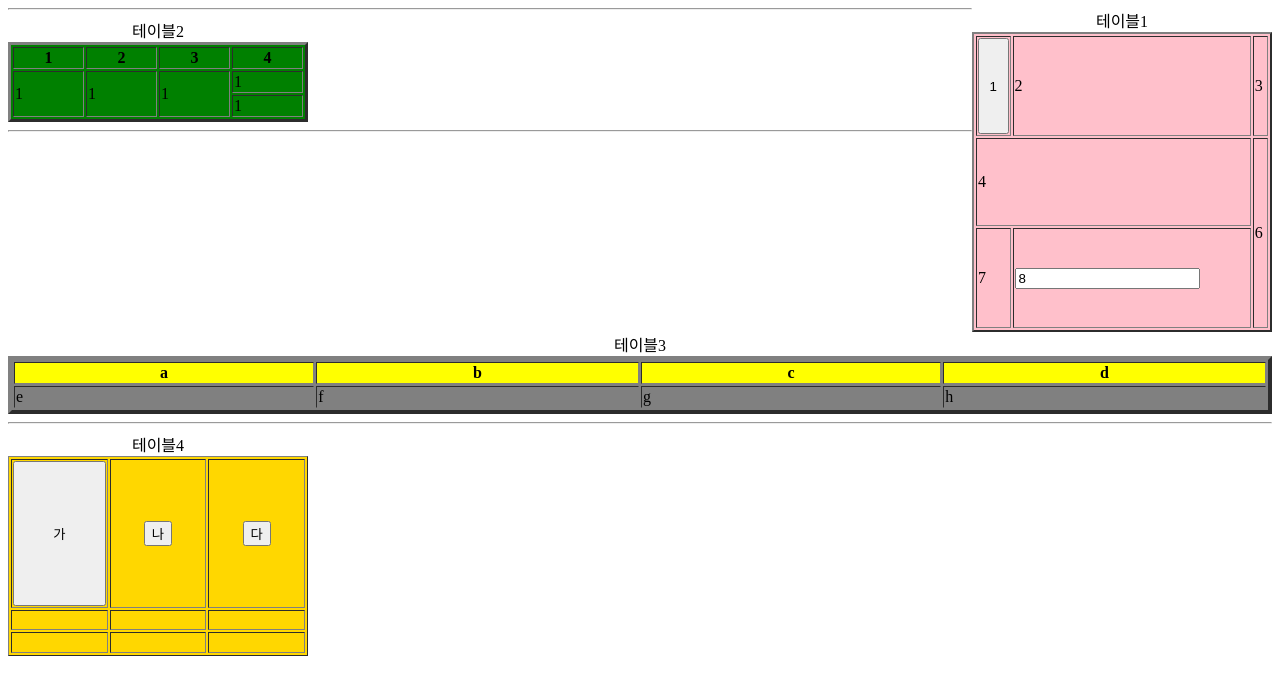
Repository: trapezer84/JSP
Page: http://localhost/AB_WebCalc/listTest1.jsp
These files come from the project's save history. The page is drawn as it stood at one moment and after the next save; the edit follows.
The browser window is 1280 px wide. The pictures show the whole page.
The page is served by Tomcat 9. Other server files are loaded and not shown.

Above is the page before, as saved 2016-02-02 11:49:56.

### AB_WebCalc/WebContent/listTest1.jsp
<%@ page language="java" contentType="text/html; charset=UTF-8"
    pageEncoding="UTF-8"%>
<!DOCTYPE html PUBLIC "-//W3C//DTD HTML 4.01 Transitional//EN" "http://www.w3.org/TR/html4/loose.dtd">
<html>
<head>
<meta http-equiv="Content-Type" content="text/html; charset=UTF-8">
<title>테이블 만들기</title>
</head>
<body>
	<table border="2" align="right" bgcolor="pink" summary="처음하는 테이블 입니다."  width=300 height=300>
	<caption>테이블1</caption>
	<tr>
		<td><input type="button" value="1" style="width:100%; height:100%"/></td>
		<td>2</td>
		<td>3</td>
	</tr>

	<tr>
		<td colspan="2">4</td>
		<td rowspan="2">6</td>
	</tr>

	<tr>
		<td>7</td>
		<td><input tpye="text" value="8" /></td>
	</tr>
	</table>

	<hr>
	<table border="3" bgcolor="green" summary="this is a second table" width=300>
	<caption>테이블2</caption>
		<tr>
			<th>1</th>
			<th>2</th>
			<th>3</th>
			<th>4</th>
		</tr>

		<tr>
			<td rowspan="2">1</td>
			<td rowspan="2">1</td>
			<td rowspan="2">1</td>
			<td>1</td>
		</tr>

		<tr>
		<td>1</td>
		</tr>
	</table>

	<hr>
	<table border="4" bgcolor="gray" width="100%" >
	<caption>테이블3</caption>
		<thead bgcolor="yellow">
			<th>a</th>
			<th>b</th>
			<th>c</th>
			<th>d</th>
		</thead>
		<tr>
			<td>e</td>
			<td>f</td>
			<td>g</td>
			<td>h</td>
		</tr>
	</table>

	<table border="1" bgcolor="gold" width=300 height=200>

	<hr>
	<caption> 테이블4 </caption>
		<tr>
			<th><input type="button" value="가" style="width:100%; height:100%"/></th>
			<th><input type="button" value="나" /></th>
			<th><input type="button" value="다" /></th>
		</tr>

		<tr>
			<td></td>
			<td></td>
			<td></td>
		</tr>

		<tr>
			<td></td>
			<td></td>
			<td></td>
		</tr>

	</table>


</body>
</html>

After the next save:
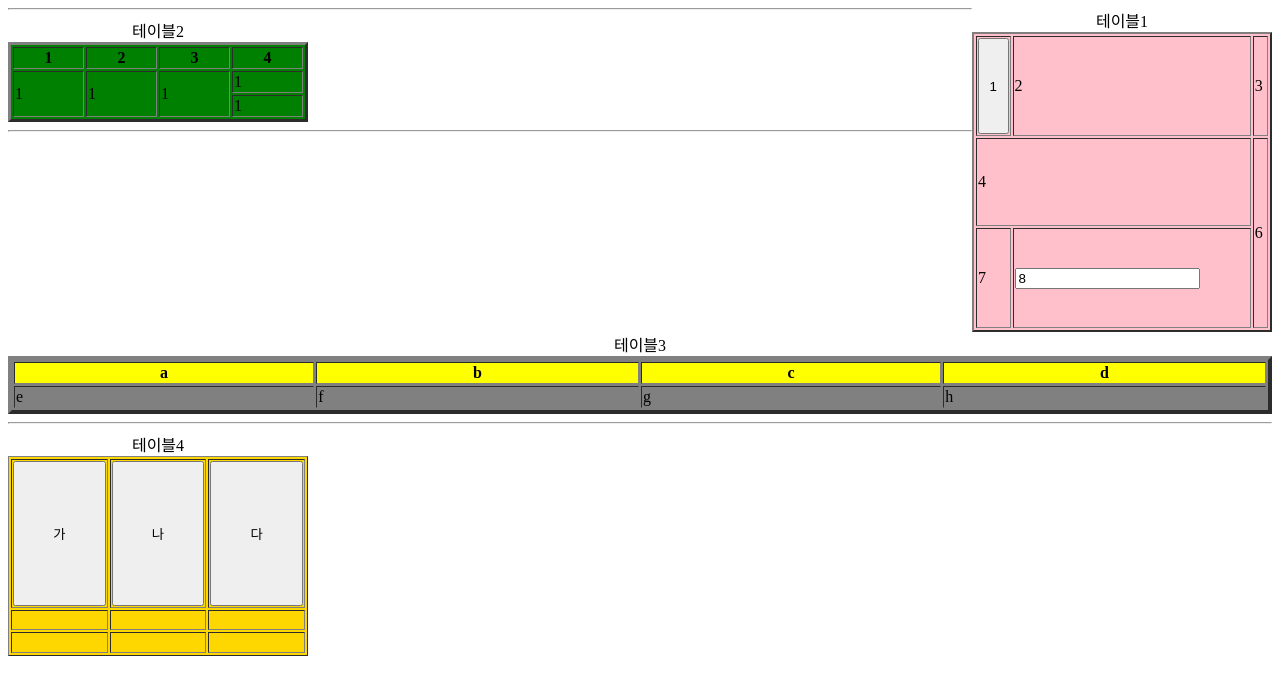
Saved 28 s later.
--- a/AB_WebCalc/WebContent/listTest1.jsp
+++ b/AB_WebCalc/WebContent/listTest1.jsp
@@ -71,8 +71,8 @@
 	<caption> 테이블4 </caption>
 		<tr>
 			<th><input type="button" value="가" style="width:100%; height:100%"/></th>
-			<th><input type="button" value="나" /></th>
-			<th><input type="button" value="다" /></th>
+			<th><input type="button" value="나" style="width:100%; height:100%"/></th>
+			<th><input type="button" value="다" style="width:100%; height:100%"/></th>
 		</tr>
 
 		<tr>
